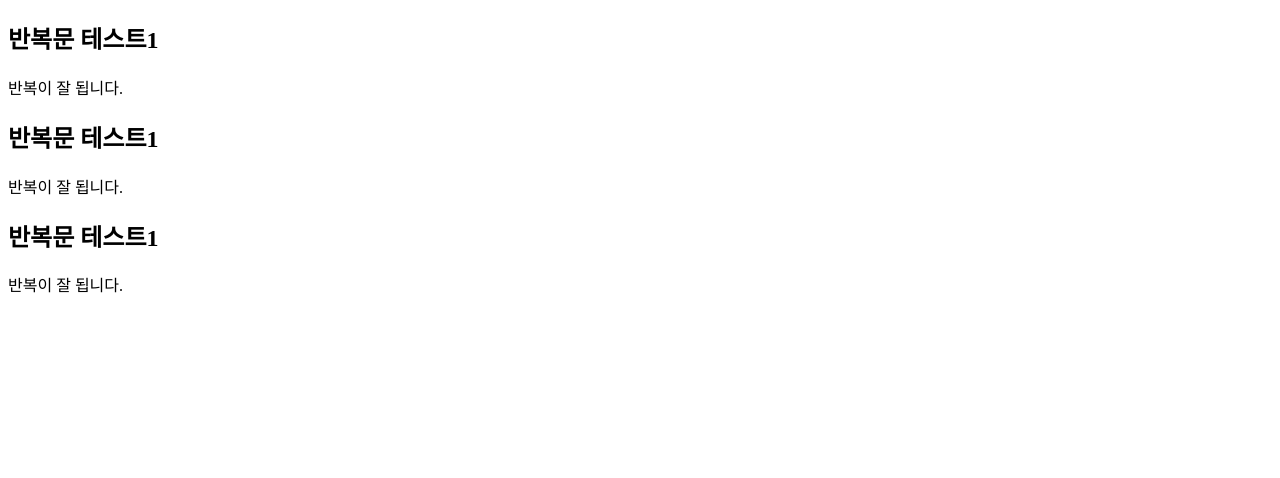
Repository: mickey530/jsp_practice
Page: http://localhost/JSPBasic/JspTag/Scriptlet.jsp
These files come from the project's save history. The page is drawn as it stood at one moment and after the next save; the edit follows.
The browser window is 1280 px wide. The pictures show the whole page.
The page is served by Tomcat 9.

Above is the page before, as saved 2022-01-28 02:30:45.

After the next save:
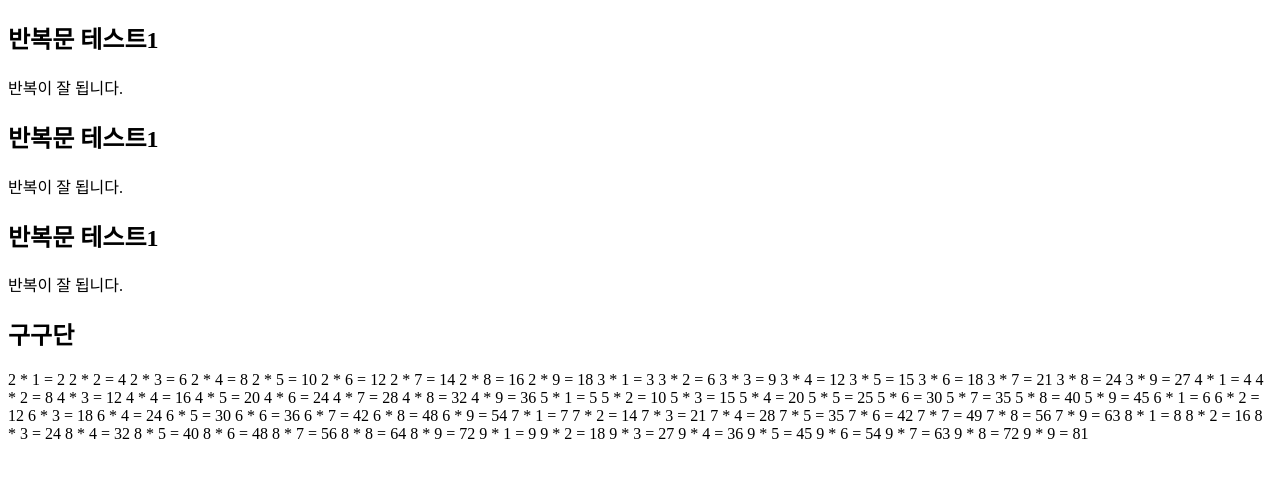
Saved 4 min 58 s later.
--- a/JSPBasic/src/main/webapp/JspTag/Scriptlet.jsp
+++ b/JSPBasic/src/main/webapp/JspTag/Scriptlet.jsp
@@ -16,6 +16,16 @@
 		</p>
 	<% } %>
 
+	<!-- 하단에 구구단 코드를 작성해주세요.
+	System.out.println() 이 괄호 내 구문을 콘솔에 찍히게 해줬다면
+	out.println()은 html화면에 괄호 내 구문을 콘솔에 찍히게 해줍니다.
+	(javascript의 document.write()와 같은 역할) -->
+	<h2>구구단</h2>
+	<% for(int i = 2; i < 10; i++){
+		for(int j = 1; j < 10; j++){
+			out.println(i + " * " + j +" = " + i*j);
+		}
+		}%>
 
 </body>
 </html>
